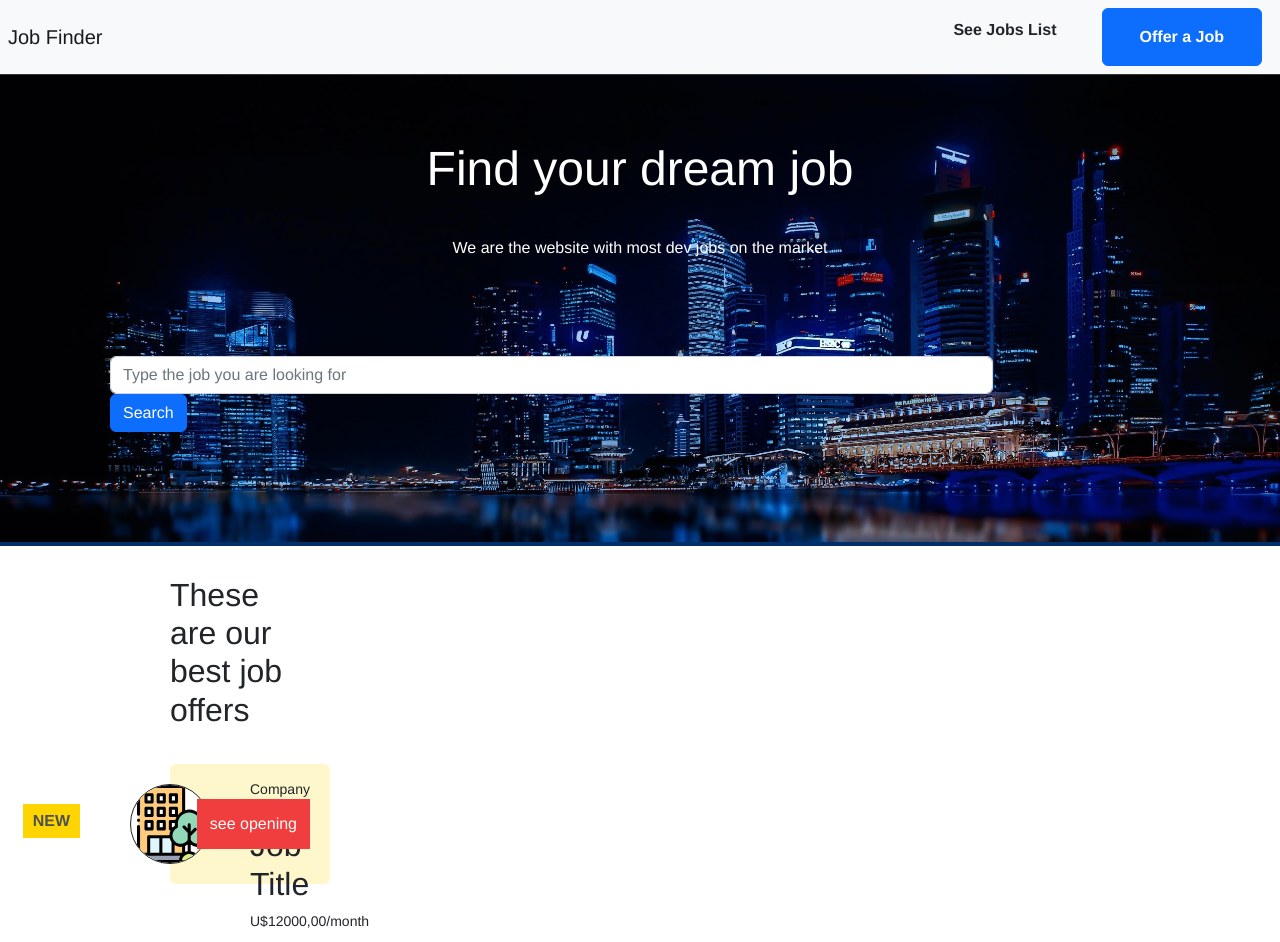
Repository: doncsar/couse-jobfinder-app
Page: templates/index.html
An editor plug-in stored every save of this project. The page is shown before and after a run of saves, followed by the edit.
The browser window is 1280 px wide. The pictures show the whole page.

Above is the page before, as saved 2023-12-20 19:23:38.

### templates/index.html
<!DOCTYPE html>
<html lang="en">
   <head>
      <meta charset="UTF-8" />
      <meta name="viewport" content="width=device-width, initial-scale=1.0" />
      <title>Job Finder</title>
      <link
         href="https://cdn.jsdelivr.net/npm/bootstrap@5.2.3/dist/css/bootstrap.min.css"
         rel="stylesheet"
         integrity="sha384-rbsA2VBKQhggwzxH7pPCaAqO46MgnOM80zW1RWuH61DGLwZJEdK2Kadq2F9CUG65"
         crossorigin="anonymous"
      />
      <link rel="stylesheet" href="../public/css/styles.css" />
   </head>
   <body>
      <header>
         <nav class="navbar fixed-top navbar-expand-lg navbar-light bg-light">
            <a href="index.html" class="navbar-brand">Job Finder</a>
            <button
               class="navbar-toggler"
               type="button"
               data-bs-toggle="collapse"
               data-bs-target="#navbarNav"
               aria-controls="navbarNav"
               aria-expanded="false"
               aria-label="Toggle navigation "
            >
               <span class="navbar-toggle-icon"></span>
            </button>
            <div
               class="collapse navbar-collapse justify-content-end"
               id="navbarNav"
            >
               <ul class="navbar-nav ml-auto">
                  <li class="nav-item">
                     <a class="nav-link" href="index.html">See Jobs List</a>
                  </li>
                  <li class="nav-item btn btn-primary">
                     <a href="#" class="nav-link">Offer a Job</a>
                  </li>
               </ul>
            </div>
         </nav>
      </header>

      <div class="container-fluid" id="top-container">
         <h1 class="text-center" id="main-title">Find your dream job</h1>
         <p id="main-subtitle" class="text-center">
            We are the website with most dev jobs on the market
         </p>
         <form action="#" id="each-form" class="form-inline">
            <div class="form-group col-md-10">
               <input
                  type="text"
                  class="form-control"
                  id="job"
                  name="job"
                  placeholder="Type the job you are looking for"
               />
            </div>
            <div class="col-md-2">
               <button class="btn btn-primary" type="submit">Search</button>
            </div>
         </form>
      </div>
      <main>
         <div id="jobs-container" class="container">
            <div class="row">
               <div class="col-md-2">
                  <h2 id="job-list-title">These are our best job offers</h2>
                  <ul id="job-list" class="list-group">
                     <li class="new-job list-group-item">
                        <img
                           src="../public/img/company.svg"
                           alt="company brand"
                        />
                        <p>Company Name</p>
                        <h2>Job Title</h2>
                        <p>U$12000,00/month</p>
                        <span class="new-job-label">NEW</span>
                        <a href="#" class="btn btn-primary">see opening</a>
                     </li>
                  </ul>
               </div>
            </div>
         </div>
      </main>

      <script
         src="https://cdn.jsdelivr.net/npm/bootstrap@5.2.3/dist/js/bootstrap.bundle.min.js"
         integrity="sha384-kenU1KFdBIe4zVF0s0G1M5b4hcpxyD9F7jL+jjXkk+Q2h455rYXK/7HAuoJl+0I4"
         crossorigin="anonymous"
      ></script>
   </body>
</html>

### public/css/styles.css
* {
   box-sizing: border-box;
   font-family: Helvetica, sans-serif;
}

/* nav */
.navbar {
   padding: 0.5rem;
   border-bottom: 1px solid #333;
   display: flex;
   justify-content: space-around;
}

.navbar .nav-item a {
   color: #212529;

}

.navbar .btn a {
   color: #fff;
}

.nav-item {
   margin: 0 10px;
}

.navbar-expand-lg .navbar-nav .nav-link {
   padding: 10px 25px;
   font-weight: bold;
}

.navbar .nav-item .btn {
   color: #fff;
   background-color: #f03e3e;
   border: 1px solid transparent;
   border-radius: 0;
}

.nav-link.btn.btn-primary:hover,
#search-form button:hover,
.list-group-item a:hover,
#form-box button:hover {
   background-color: #fff;
   color: #f03e3e;
   border-color: #f03e3e;
}

/* banner */
#top-container {
   padding: 110px;
   background-color: #f7f9fc;
   border-bottom: 4px solid #013068;
   margin-bottom: 30px;
   background-image: url('../img/banner2.jpg');
   background-position: 0 100px;
   background-size: cover;
   color: #fff;
}

#main-title {
   padding: 30px 0;
   font-size: 3rem;
}

#main-subtitle {
   font-size: 1rem;
   padding-bottom: 80px;
}

/* form */

#search-form {
   padding: 30px 100px;
}

#search-form .col-md-10,
#search-form .col-md-2 {
   padding: 0;
}

#search-form input,
#search-form button {
   width: 100%;
   border-radius: 0;
   height: 50px;
   font-size: 18px;
}

#search-form button {
   color: #fff;
   background-color: #f03e3e;
   border: 1px solid transparent;
}

/* lista */

#jobs-container {
   padding: 0 100px;
   padding-bottom: 50px;
}

#job-list .list-group-item {
   margin-bottom: 8px;
   border: 1px solid #ccc;
   padding: 15px 80px;
   color: #212529;
   height: 120px;
}

#job-list .list-group-item p {
   font-size: 14px;
   margin-bottom: 5px;
}

#job-list .list-group-item.new-job {
   border: none;
   background-color: #fff7cc;
}

#job-list-title {
   margin-bottom: 35px;
}

.list-group-item img {
   width: 80px;
   border: 1px solid #212529;
   border-radius: 50%;
   background-color: #fff;
   position: absolute;
   left: -40px;
   top: calc(50% - 40px);
}

.list-group-item a {
   position: absolute;
   right: 20px;
   top: 35px;
   height: 50px;
   line-height: 35px;
   background-color: #f03e3e;
   border: 1px solid transparent;
   border-radius: 0;
   color: #fff;
}

.new-job-label {
   background-color: #ffd500;
   color: #4d5154;
   text-transform: uppercase;
   font-weight: bold;
   padding: 5px 10px;
   position: absolute;
   right: 250px;
   top: 40px;
   display: none;
}

.new-job .new-job-label {
   display: block;
}

/* add page */

#add-form-container {
   margin-top: 100px;
}

#form-box {
   padding: 50px;
   box-shadow: 0 1px 5px rgba(0, 0, 0, 0.15);
   border-radius: 4px;
   background-color: #fff;
   margin-bottom: 50px;
}

#add-form-container h1 {
   margin-bottom: 20px;
}

#add-form-container h2 {
   color: #f03e3e;
   font-weight: bold;
   font-size: 24px;
   margin-bottom: 30px;
}

#add-form-container form label {
   font-weight: bold;
}

#add-form-container form input,
#add-form-container form textarea {
   border: 2px solid #ccc;
   background-color: #f8f9fa;
}

#form-box button {
   height: 50px;
   width: 200px;
   background-color: #f03e3e;
   border: 1px solid transparent;
   border-radius: 0;
   margin-top: 20px;
}

/* job-view */

#job-view-container {
   margin-top: 100px;
}

#job-view-container h1 {
   margin-bottom: 30px;
}

#img-container {
   margin-top: 20px;
   margin-bottom: 30px;
}

#img-container img {
   width: 100px;
   border-radius: 50%;
   border: 1px solid #212529;
}

.job-desc {
   width: 60%;
   margin-left: auto;
   margin-right: auto;
}

.bold {
   font-weight: bold;
}

.main-color {
   color: #f03e3e;
}

.back-link {
   border: 1px solid #f03e3e;
   padding: 5px 10px;
   transition: 0.5s;
}

.back-link:hover {
   background-color: #f03e3e;
   color: #fff;
   text-decoration: none;
}

/* responsivo */

@media (max-width: 481px) {
   /* navbar */
   #navbarNav {
      text-align: center;
   }

   /* home */
   #top-container {
      padding: 50px;
      padding-top: 100px;
   }

   #main-title {
      font-size: 2.2rem;
   }

   #main-subtitle {
      font-size: 1.5rem;
   }

   #search-form {
      padding: 0;
   }

   #jobs-container {
      padding: 20px;
   }

   .list-group-item {
      padding: 15px 85px;
   }

   .list-group-item h2 {
      font-size: 1.2rem;
      width: 80%;
   }

   .list-group-item img {
      width: 50px;
      left: 15px;
      top: calc(50% - 25px);
   }

   .new-job .new-job-label {
      display: none;
   }

   /* job view*/

   .back-link {
      margin-left: 30px;
   }

   #job-view-container p {
      font-size: 1.3rem;
   }

   .job-desc {
      width: 80%;
   }

   /* add view */

   #form-box {
      padding: 25px;
   }

   #form-box h2 {
      font-size: 1rem;
      text-align: center;
   }

   #form-box button {
      width: 100%;
   }
}

After the next 2 saves:
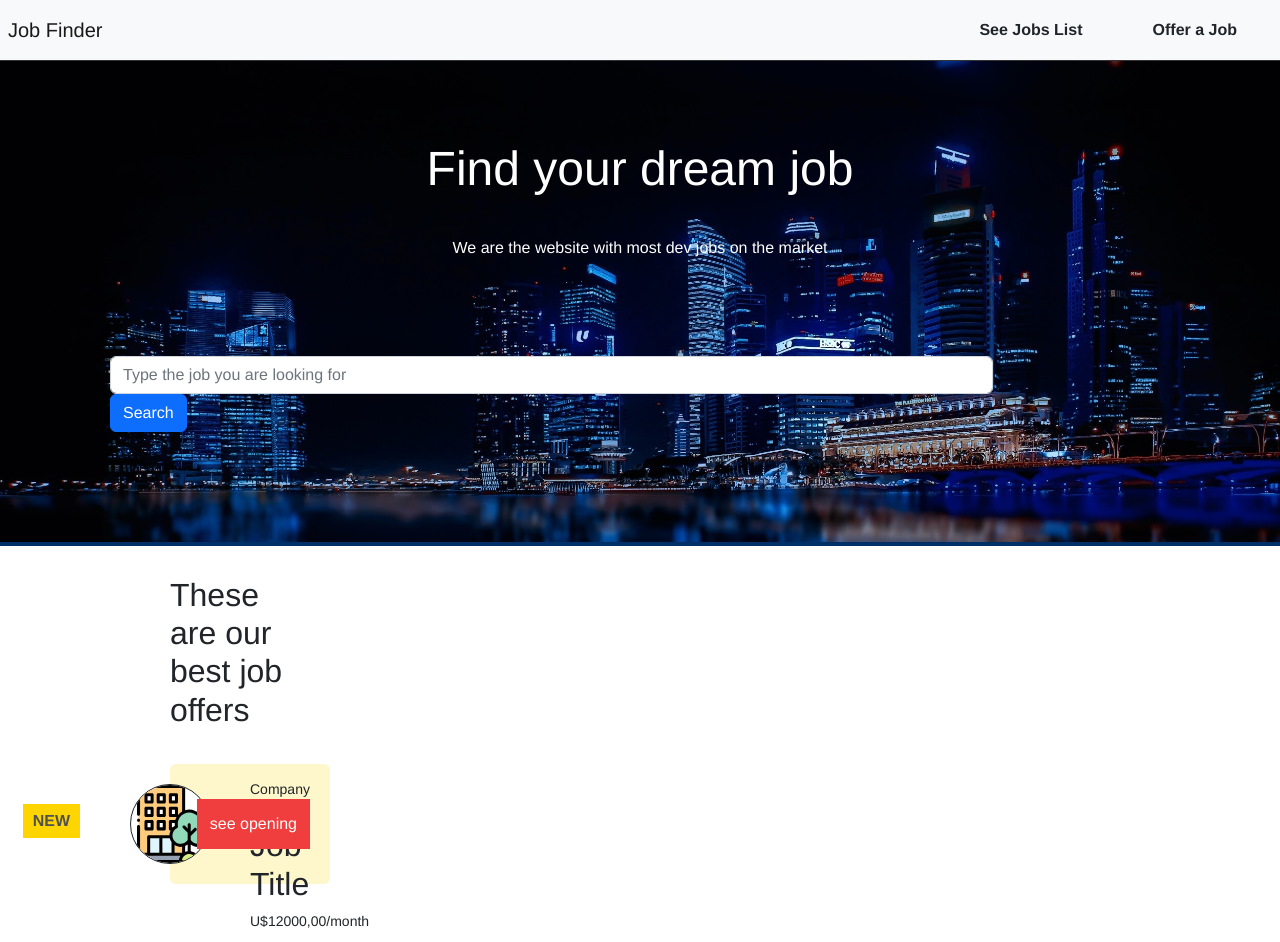
The 2 saves are shown as one change because they came seconds apart.
The last was saved 44 s later.
--- a/templates/index.html
+++ b/templates/index.html
@@ -35,7 +35,7 @@
                   <li class="nav-item">
                      <a class="nav-link" href="index.html">See Jobs List</a>
                   </li>
-                  <li class="nav-item btn btn-primary">
+                  <li class="nav-item">
                      <a href="#" class="nav-link">Offer a Job</a>
                   </li>
                </ul>
